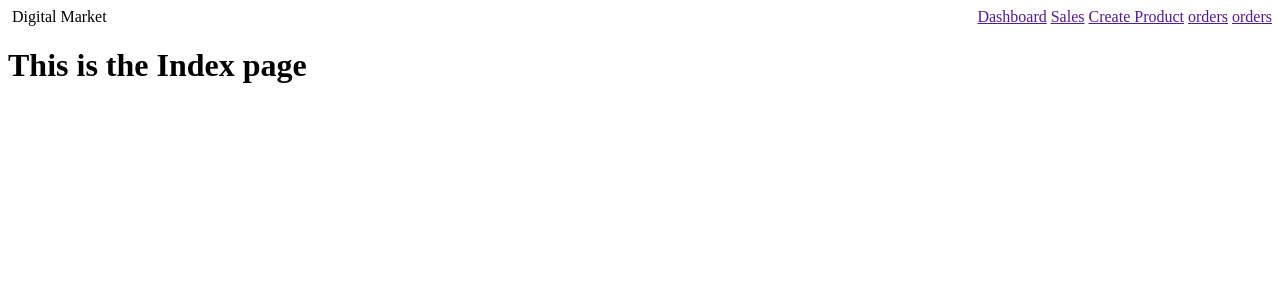
Repository: Zedestar/DigitalMarket_django
Page: http://localhost/
The author's editor kept a copy of each file at every save. The page is drawn from the files as they stood at one save, then again after the next save.
The browser window is 1280 px wide. The pictures show the whole page.
The page is served by the project's application, run on Django 5.2 (manage.py). Other server files are loaded and not shown. Style sheets and scripts are compiled from the project's sources, by tool versions that may differ from the author's.

Above is the page before, as saved 2025-03-19 16:29:58.

### myapp/templates/myapp/index.html
{% extends 'base.html' %}
{% block body %}
    <h1>This is the Index page</h1>
{% endblock body %}

### templates/base.html
{% load static %}
<!DOCTYPE html>
<html lang="en">
    <head>
        <meta charset="UTF-8">
        <meta name="viewport" content="width=device-width, initial-scale=1.0">
        <title>Document</title>
        <link rel="stylesheet" href="{% static 'tailwind/styles.css' %}">
    </head>
    <body class="bg-gray-400">
        <div class="flex justify-between shadow-lg py-3">
            <div>
                <img src="" alt="">
                <span>Digital Market</span>
            </div>
            <div>
                <a href="">Dashboard</a>
                <a href="">Sales</a>
                <a href="">Create Product</a>
                <a href="">orders</a>
                <a href="">orders</a>
            </div>
        </div>
        {% block body %}
        {% endblock body %}
    </body>
</html>

### myapp/views.py
from django.shortcuts import render

# Create your views here.


def index(request):
    return render(request, 'myapp/index.html')

### DigitalMarket/urls.py
"""
URL configuration for DigitalMarket project.

The `urlpatterns` list routes URLs to views. For more information please see:
    https://docs.djangoproject.com/en/5.1/topics/http/urls/
Examples:
Function views
    1. Add an import:  from my_app import views
    2. Add a URL to urlpatterns:  path('', views.home, name='home')
Class-based views
    1. Add an import:  from other_app.views import Home
    2. Add a URL to urlpatterns:  path('', Home.as_view(), name='home')
Including another URLconf
    1. Import the include() function: from django.urls import include, path
    2. Add a URL to urlpatterns:  path('blog/', include('blog.urls'))
"""
from django.contrib import admin
from django.urls import path, include

urlpatterns = [
    path('admin/', admin.site.urls),
    path('', include('myapp.urls')),
]

### myapp/urls.py
from .  import views
from django.urls import path

urlpatterns = [
    path('', views.index, name='index_view'),
]

Loaded but not shown: static/tailwind/tailwindClasses.css (common file)

After the next save:
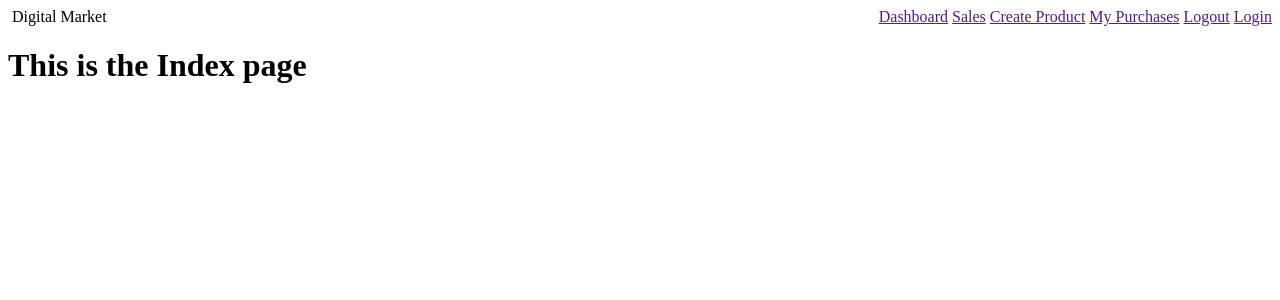
Saved 30 s later.
--- a/templates/base.html
+++ b/templates/base.html
@@ -17,8 +17,9 @@
                 <a href="">Dashboard</a>
                 <a href="">Sales</a>
                 <a href="">Create Product</a>
-                <a href="">orders</a>
-                <a href="">orders</a>
+                <a href="">My Purchases</a>
+                <a href="">Logout</a>
+                <a href="">Login</a>
             </div>
         </div>
         {% block body %}
